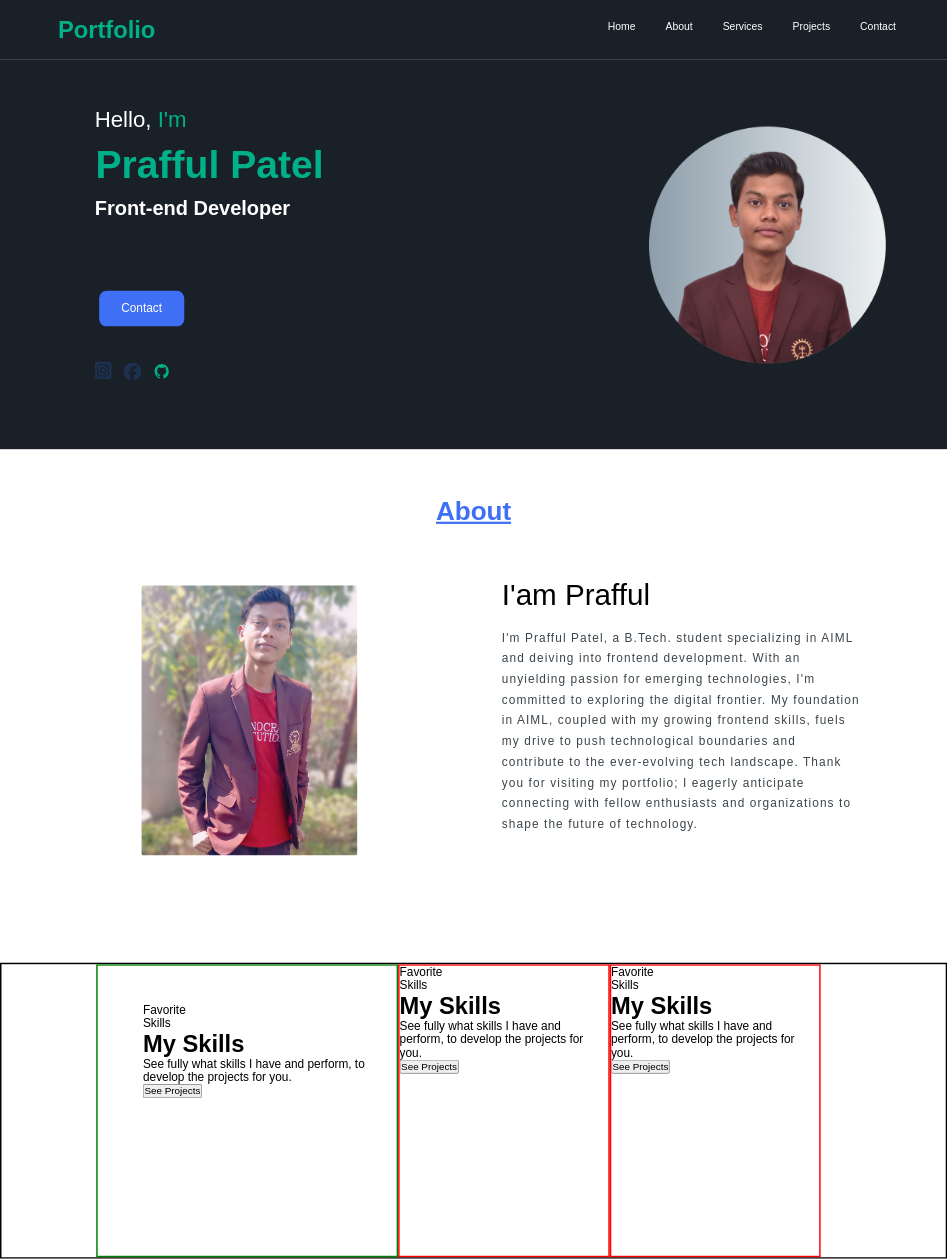
Repository: PraffulPatel27/Portfolio_2.0
Page: index.html
These files come from the project's save history. The page is drawn as it stood at one moment and after the next save; the edit follows.
The browser window is 1280 px wide. The pictures show the whole page, at 74% of full size.

Above is the page before, as saved 2024-01-01 15:52:12.

After the next save:
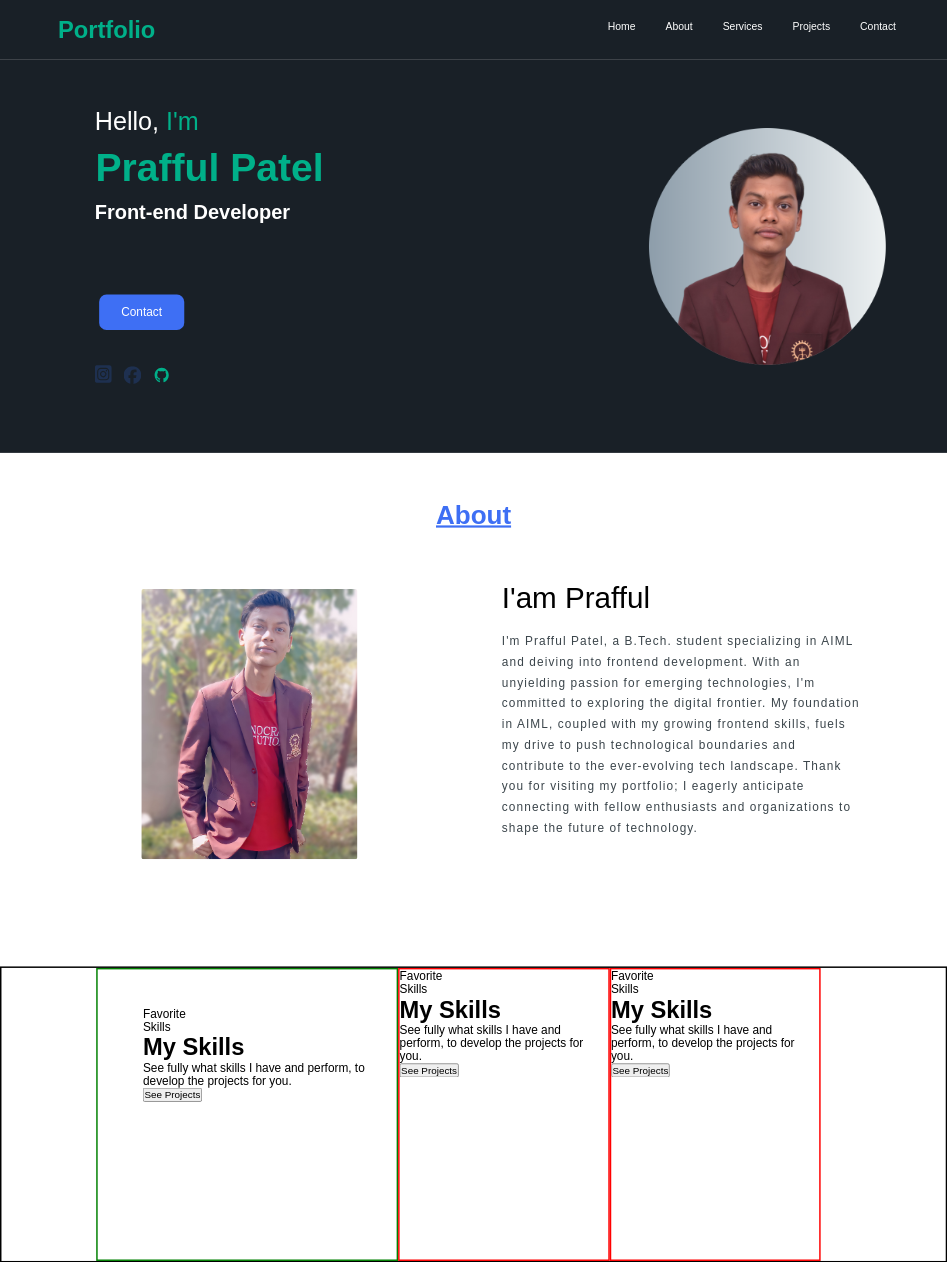
Saved 6 s later.
--- a/style.css
+++ b/style.css
@@ -101,7 +101,7 @@
 }
 .ch {
     display: inline;
-    font-size: 30px;
+    font-size: 34px;
     color: #fff;
 }
 #bl {
